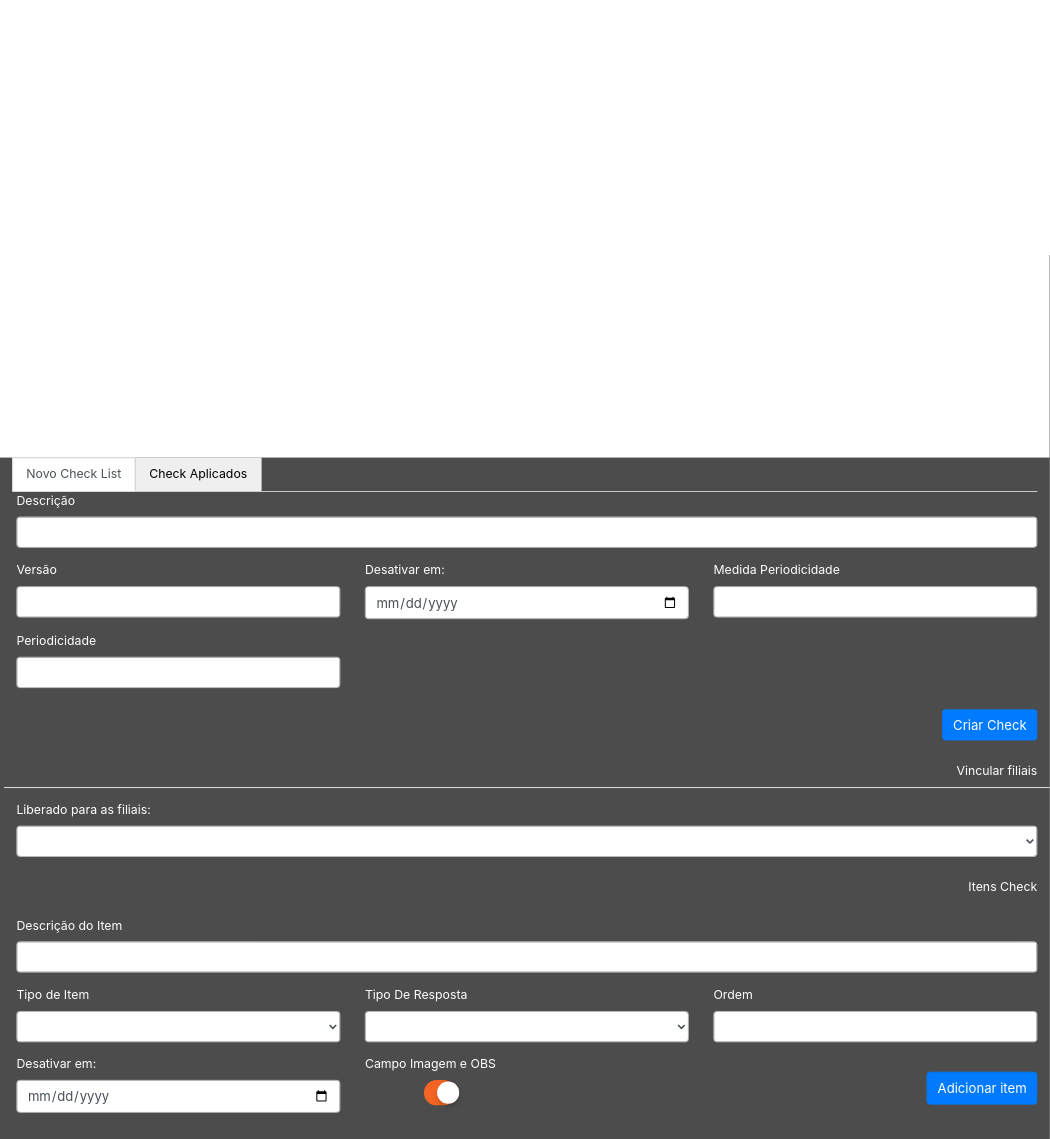
Repository: Conlog-SA/portal_operacional
Page: apps/safety_layout_checklist_app/templates/safety_layout_checklist_app/form_cad_layout_checklist.html
These files come from the project's save history. The page is drawn as it stood at one moment and after the next save; the edit follows.
The browser window is 1280 px wide. The pictures show the whole page, at 82% of full size.
The template is drawn by Django 3.2. The application's start-up code is not run. The template is opened directly, without the code that normally fills it, so the values that code supplies are empty.

Above is the page before, as saved 2023-11-16 16:08:56.

After the next save:
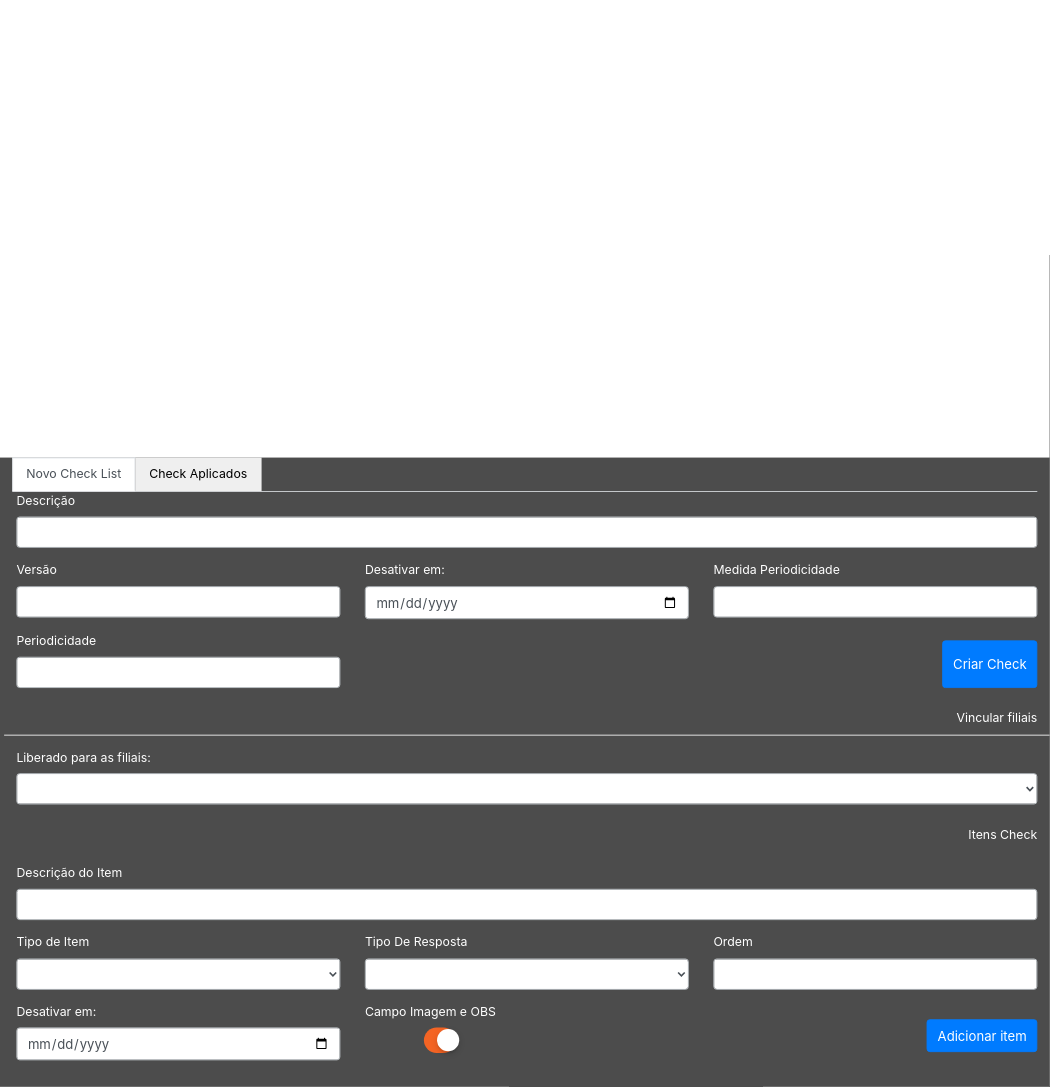
Saved 94 s later.
--- a/apps/safety_layout_checklist_app/templates/safety_layout_checklist_app/form_cad_layout_checklist.html
+++ b/apps/safety_layout_checklist_app/templates/safety_layout_checklist_app/form_cad_layout_checklist.html
@@ -62,8 +62,8 @@
                               <label for="periodicidade_new_check">Periodicidade</label>
                               <input type="text" class="form-control" id="periodicidade_new_check">
                             </div>
-                             <div class="form-group col-sm-12 w-15 d-flex justify-content-end" style="margin-top:10px">
-                                <button type="button" class="btn btn-primary btn-form" id="btn_new_check" name="btn_new_check"> Criar Check</button>
+                             <div class="form-group col-sm-8 w-15 d-flex justify-content-end" style="margin-top:10px">
+                                <button type="button" class="btn btn-primary btn-form" id="btn_new_check" name="btn_new_check"> Criar Check </button>
                              </div>
                              <div class="form-group col-sm-12 d-flex justify-content-end divider">
                                 <label>Vincular filiais</label>
